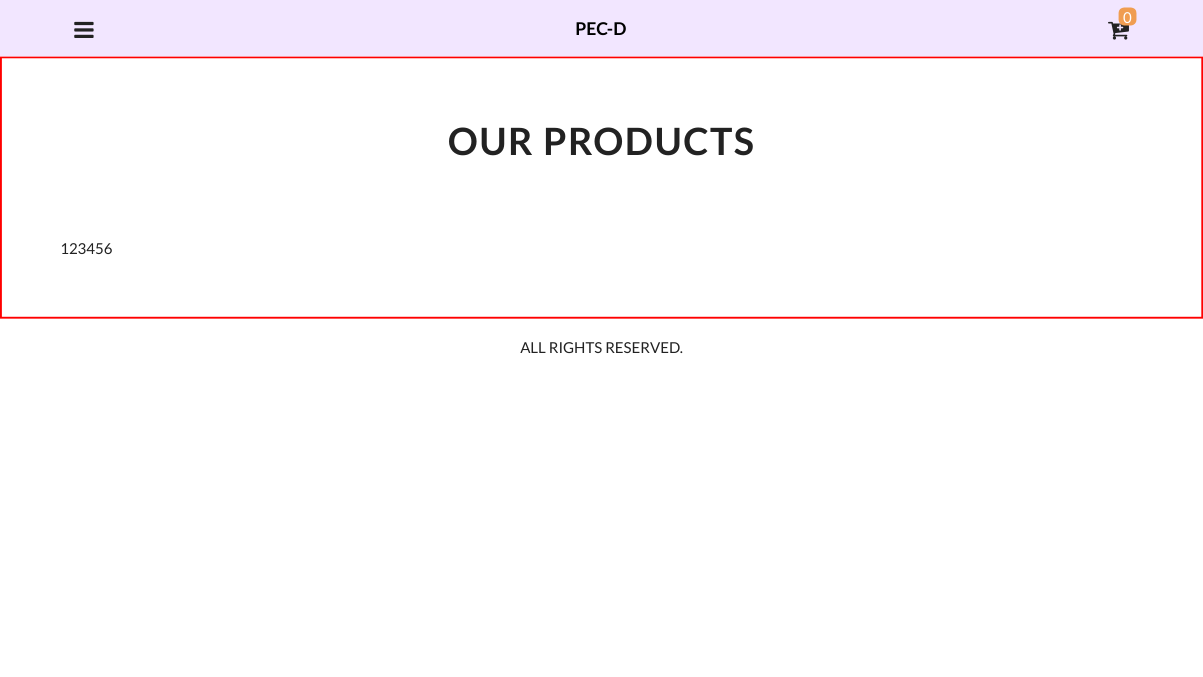
Repository: CHIR4G7/PEC-D
Page: http://localhost/
An editor plug-in stored every save of this project. The page is shown before and after the next save, followed by the edit.
The browser window is 1280 px wide. The pictures show the whole page, at 94% of full size.
The page is served by the project's Node server (app.js).

Above is the page before, as saved 2023-07-08 00:48:37.

### public/index.html
<!DOCTYPE html>
<html lang="en">

<head>
    <meta charset="UTF-8">
    <meta http-equiv="X-UA-Compatible" content="IE=edge">
    <meta name="viewport" content="width=device-width, initial-scale=1.0">
    <title>PEC-D</title>
    <link rel="stylesheet" href="https://cdnjs.cloudflare.com/ajax/libs/font-awesome/4.7.0/css/font-awesome.min.css">
    <link rel="stylesheet" href="css/style.css">
</head>

<body>
    <!-- navabr -->
    <nav class="navbar">
        <div class="navbar-center">
            <span class="nav-icon">
                <i class="fa fa-bars"></i>
            </span>
            <!-- <img src="/images/logo.svg" alt="logo" class="sr"> -->
            <h3 class="logo-name">PEC-D</h3>
            <div class="cart-btn">
                <span class="nav-icon">
                    <i class="fa fa-cart-plus"></i>
                </span>
                <div class="cart-items">0</div>
            </div>
        </div>
    </nav>
    <!-- end of navbar -->

    <!-- hero -->
    <!-- <header class="hero">
        <div class="banner">
            <h1 class="banner-title">FURNITURE COLLECTION</h1>
            <button class="banner-btn">SHOW NOW</button>
        </div>
    </header> -->
    <!-- end of hero -->

    <!-- products -->
    <section class="products">
         <div class="section-title">
            <h2>OUR PRODUCTS</h2>
        </div>
        <div class="products-center">
            <!-- single product -->

            <!-- PRODCUT DETIALS -->
            <article class="product">
                <div class="img-container">
                    <img src="/images/product-1.jpeg" alt="product" class="product-img">
                    <button class="bag-btn" data-id="1">
                        <i class="fa fa-shopping-cart"></i>
                        add to bag.
                    </button>
                </div>
                <h3>add name</h3>

            </article>
            <!-- THIS IS END OF PRODUCT DETIALS -->

            <!-- PRODCUT DETIALS -->
            <!-- <article class="product">
                <div class="img-container">
                    <img src="/images/product-8.jpeg" alt="product" class="product-img">
                    <button class="bag-btn" data-id="1">
                        <i class="fa fa-shopping-cart"></i>
                        add to bag.
                    </button>
                </div>
                <h3>TABLE</h3>
                <h4>$11.99</h4>
            </article> -->
            <!-- THIS IS END OF PRODUCT DETIALS -->

            <!-- PRODCUT DETIALS -->
            <!-- <article class="product">
                <div class="img-container">
                    <img src="/images/product-7.jpeg" alt="product" class="product-img">
                    <button class="bag-btn" data-id="1">
                        <i class="fa fa-shopping-cart"></i>
                        add to bag.
                    </button>
                </div>
                <h3>COUCH</h3>
                <h4>$42.99</h4>
            </article> -->
            <!-- THIS IS END OF PRODUCT DETIALS -->

            <!-- PRODCUT DETIALS -->
            <!-- <article class="product">
                <div class="img-container">
                    <img src="/images/product-2.jpeg" alt="product" class="product-img">
                    <button class="bag-btn" data-id="1">
                        <i class="fa fa-shopping-cart"></i>
                        add to bag.
                    </button>
                </div>
                <h3>KING PANEL BED</h3>
                <h4>$12.99</h4>
            </article> -->
            <!-- THIS IS END OF PRODUCT DETIALS -->

            <!-- PRODCUT DETIALS -->
            <!-- <article class="product">
                <div class="img-container">
                    <img src="/images/product-5.jpeg" alt="product" class="product-img">
                    <button class="bag-btn" data-id="1">
                        <i class="fa fa-shopping-cart"></i>
                        add to bag.
                    </button>
                </div>
                <h3>FRIDGE</h3>
                <h4>$34.99</h4>
            </article> -->
            <!-- THIS IS END OF PRODUCT DETIALS -->

            <!-- PRODCUT DETIALS -->
            <!-- <article class="product">
                <div class="img-container">
                    <img src="/images/product-6.jpeg" alt="product" class="product-img">
                    <button class="bag-btn" data-id="1">
                        <i class="fa fa-shopping-cart"></i>
                        add to bag.
                    </button>
                </div>
                <h3>DRESSER</h3>
                <h4>$22.99</h4>
            </article> -->
            <!-- THIS IS END OF PRODUCT DETIALS -->

            <!-- PRODCUT DETIALS -->
            <!-- <article class="product">
                <div class="img-container">
                    <img src="/images/product-3.jpeg" alt="product" class="product-img">
                    <button class="bag-btn" data-id="1">
                        <i class="fa fa-shopping-cart"></i>
                        add to bag.
                    </button>
                </div>
                <h3>TWIN PANEL BED</h3>
                <h4>$17.99</h4>
            </article> -->
            <!-- THIS IS END OF PRODUCT DETIALS -->

            <!-- PRODCUT DETIALS -->
            <!-- <article class="product">
                <div class="img-container">
                    <img src="/images/product-4.jpeg" alt="product" class="product-img">
                    <button class="bag-btn" data-id="1">
                        <i class="fa fa-shopping-cart"></i>
                        add to bag.
                    </button>
                </div>
                <h3>SINGLE PANEL BED</h3>
                <h4>$23.99</h4>
            </article> -->
            <!-- THIS IS END OF PRODUCT DETIALS -->
        </div>
    </section>
    <!-- end of products -->




    <!-- CART BEGINS -->
    <div class="cart-overlay">
        <div class="cart">
            <span class="close-cart">
                <i class="fa fa-window-close"></i>
            </span>
            <h2>YOUR CART</h2>
            <div class="cart-content">
                <!-- cart item -->
                <div class="cart-item">
                    <!-- <img src="/images/product-1.jpeg" alt="product">
                    <div>
                        <h4>QUEEN BED</h4>
                        <h5>$9.00</h5>
                        <span class="remove-item">Remove</span>
                    </div>
                    <div>
                        <i class="fa fa-chevron-up"></i>
                        <p class="item-amount">0</p>
                        <i class="fa fa-chevron-down"></i>
                    </div> -->
                </div>
                <!-- end of cart item -->

            </div>

            <div class="cart-footer">
                <h3>YOUR TOTAL : $ <span class="cart-total"></span></h3>
                <button class="clear-cart banner-btn">CLEAR CART</button>
            </div>

        </div>
    </div>
    <!-- CART ENDS -->
    <!-- FOOOTER -->
    <div class="footer">
        ALL RIGHTS RESERVED.
    </div>
    <!-- END OF THE FOOTER -->

    <script src="src/script.js"></script>
</body>

</html>

### app.js
import express from "express";
import bodyParser from "body-parser";

const app = express();
const port = 5002;
app.use(express.static("public"))
app.use(bodyParser.urlencoded({extended:true}));
app.set("view engine","ejs");


app.get("/",(request,response)=>
{
    response.sendFile("/Users/chirag/Desktop/PEC D/public/index.html");
})

app.listen(port,()=>
{
    console.log("server working");
})

### public/css/style.css
@import url("https://fonts.googleapis.com/css?family=Lato:400,700");


/* creating variables */
:root {
    --primaryColor: #f09d51;
    --mainWhite: #fff;
    --mainBlack: #222;
    --mainGrey: #ececec;
    --mainSpacing: 0.1rem;
    --mainTransition: all 0.3s linear;
}

/* resetting elements */
* {
    margin: 0;
    padding: 0;
    box-sizing: border-box;
}


body {
    color: var(--mainBlack);
    background: var(--mainWhite);
    font-family: "Lato", sans-serif;
}


/* navbar */
.navbar {
    position: sticky;
    top: 0;
    height: 60px;
    width: 100%;
    display: flex;
    align-items: center;
    background: #f2e6ff;
    z-index: 1;
}

.logo-name
{
    color: black;
}

.navbar-center {
    width: 100%;
    max-width: 1170px;
    margin: 0 auto;
    display: flex;
    align-items: center;
    justify-content: space-between;
    padding: 0 1.5rem;
}

.nav-icon {
    font-size: 1.5rem;
}

.cart-btn {
    position: relative;
    cursor: pointer;
}

.cart-items {
    position: absolute;
    top: -8px;
    right: -8px;
    background: var(--primaryColor);
    padding: 0 5px;
    border-radius: 30%;
    color: var(--mainWhite);
}

/* hero */
.hero {
    min-height: calc(100vh - 60px);
    background: url("./images/bg-3.jpg") center/cover no-repeat;
    display: flex;
    align-items: center;
    justify-content: center;
  }
  .banner {
    text-align: center;
    background: #f2e6ff;
    display: inline-block;
    padding: 2rem;
  }
  .banner-title {
    font-size: 3.4rem;
    text-transform: uppercase;
    letter-spacing: var(--mainSpacing);
    margin-bottom: 3rem;
  }
  .banner-btn {
    padding: 1rem 3rem;
    text-transform: uppercase;
    letter-spacing: var(--mainSpacing);
    font-size: 1rem;
    background: #9999FF;
    color: var(--mainBlack);
    border: 1px solid var(--primaryColor);
    transition: var(--mainTransition);
    cursor: pointer;
  }
  .banner-btn:hover {
    background: transparent;
    color: var(--primaryColor);
  }


  /* products */
  .products {
    padding: 4rem 0;
    border: 2px solid red;
  }
  .section-title h2 {
    text-align: center;
    font-size: 2.5rem;
    margin-bottom: 5rem;
    text-transform: capitalize;
    letter-spacing: var(--mainSpacing);
  }
  .products-center {
    width: 90vw;
    margin: 0 auto;
    max-width: 1170px;
    display: grid;
    grid-template-columns: repeat(auto-fit, minmax(260px, 1fr));
    grid-column-gap: 1.5rem;
    grid-row-gap: 2rem;
  }
  .img-container {
    position: relative;
    overflow: hidden;
  }
  .bag-btn {
    position: absolute;
    top: 70%;
    right: 0;
    background: var(--primaryColor);
    border: none;
    text-transform: uppercase;
    padding: 0.5rem 0.75rem;
    letter-spacing: var(--mainSpacing);
    font-weight: bold;
    transition: var(--mainTransition);
    transform: translateX(101%);
    cursor: pointer;
  }
  .bag-btn:hover {
    color: var(--mainWhite);
  }
  .fa-shopping-cart {
    margin-right: 0.5rem;
  }
  .img-container:hover .bag-btn {
    transform: translateX(0);
  }
  .product-img {
    display: block;
    width: 100%;
    min-height: 12rem;
    transition: var(--mainTransition);
  }
  .img-container:hover .product-img {
    opacity: 0.5;
  }

  .product
  {
    border: 2px solid blue;
  }

  .product h3 {
    text-transform: capitalize;
    font-size: 1.1rem;
    margin-top: 1rem;
    letter-spacing: var(--mainSpacing);
    text-align: center;
  }

  .product h4 {
    margin-top: 0.7rem;
    letter-spacing: var(--mainSpacing);
    color: var(--primaryColor);
    text-align: center;
  }


  /* cart */
  .cart-overlay {
    position: fixed;
    top: 0;
    right: 0;
    width: 100%;
    height: 100%;
    transition: var(--mainTransition);
    background: rgb(240, 157, 81, 0.5);
    z-index: 2;
    visibility: hidden;
  }
  .cart {
    position: fixed;
    top: 0;
    right: 0;
    width: 100%;
    height: 100%;
    overflow: scroll;
    z-index: 3;
    background: rgb(231, 226, 221);
    padding: 1.5rem;
    transition: var(--mainTransition);
    transform: translateX(100%);
  }
  .showCart {
    transform: translateX(0);
  }
  .transparentBcg {
    visibility: visible;
  }
  @media screen and (min-width: 768px) {
    .cart {
      width: 30vw;
      min-width: 450px;
    }
  }

  .close-cart {
    font-size: 1.7rem;
    cursor: pointer;
  }
  .cart h2 {
    text-transform: capitalize;
    text-align: center;
    letter-spacing: var(--mainSpacing);
    margin-bottom: 2rem;
  }
  /*---------- Cart Item -------------------- */
  .cart-item {
    display: grid;
    align-items: center;
    grid-template-columns: auto 1fr auto;
    grid-column-gap: 1.5rem;
    margin: 1.5rem 0;
  }
  .cart-item img {
    width: 75px;
    height: 75px;
  }
  .cart-item h4 {
    font-size: 0.85rem;
    text-transform: capitalize;
    letter-spacing: var(--mainSpacing);
  }
  .cart-item h5 {
    margin: 0.5rem 0;
    letter-spacing: var(--mainSpacing);
  }
  .item-amount {
    text-align: center;
  }
  .remove-item {
    color: black;
    cursor: pointer;
  }
  .fa-chevron-up,
  .fa-chevron-down {
    color: var(--primaryColor);
    cursor: pointer;
  }
  /*---------- End of Cart Item -------------------- */

  .cart-footer {
    margin-top: 2rem;
    letter-spacing: var(--mainSpacing);
    text-align: center;
  }
  .cart-footer h3 {
    text-transform: capitalize;
    margin-bottom: 1rem;
  }


  /* FOOTER */
  .footer
  {
    position: relative;
    text-align: center;
    top: 20px;
  }

### public/src/script.js


const productsDOM = document.querySelector('.products-center');

let shoparray = [];//ISME SAAARI KI SAARI DETAILS PADI HAIN PRODUCT K

class Shops{

    async getProducts() {
        try {
            let result = await fetch('./shops.json');
            let data = await result.json();

            //destructuring
            const shopsArray = data.shops.map(shop => ({ id: shop.id, name: shop.sname, image: shop.image}));

            return shopsArray;
        }
        catch (error) {
            console.log("r");
        }
    }

};

class display
{
    displayShops(shops)
    {
        let result = '';
       shops.forEach((shop)=>
       {
        console.log(shop.id);
        result+=`${shop.id}`;
       })
    productsDOM.innerHTML = result;
    }
};





//displaying the products

function displayProducts(shoparray)
{
    let result = '';
    shoparray.forEach(product => {
        // result += `      <article class="product">
        // <div class="img-container">
        //     <img src="/images/product-1.jpeg" alt="product" class="product-img">
        //     <button class="bag-btn" data-id=${product.id}>
        //         <i class="fa fa-shopping-cart"></i>
        //         add to bag.
        //     </button>
        // </div>
        // <h3>${product.name}</h3>`;
        console.log(product);
    })
    productsDOM.innerHTML = result;
}


    // console.log(shoparray);

    // till here
    document.addEventListener("DOMContentLoaded", () => {
        //when dom loads get the product info stored in an array SHOPSARRAY
        // (async function () {
        //     try {
        //         const shopsarray = await getProducts();
        //         shopsarray.forEach((e) => {
        //             shoparray.push(e);
        //         })
        //     }
        //     catch (error) {
        //         console.log(error);
        //     }
        // })();
        // console.log(shoparray);
        // displayProducts(shoparray);
        const shops = new Shops();
        const displaying = new display();

        shops.getProducts().then(products=>
            {
                displaying.displayShops(products);
            })

    })

### public/shops.json
{
    "shops" :
    [
        {
            "id" : 1,
            "sname" : "DeshRaj Sweets",
            "image" : "public/images/product-1.jpeg"
        },
        {
            "id" : 2,
            "sname" : "Anna",
            "image" : "public/images/product-1.jpeg"
        },
        {
            "id" : 3,
            "sname" : "Combo",
            "image" : "public/images/product-1.jpeg"
        },
        {
            "id" : 4,
            "sname" : "Forks and Knives",
            "image" : "public/images/product-1.jpeg"
        },
        {
            "id" : 5,
            "sname" : "Pandit",
            "image" : "public/images/product-1.jpeg"
        },
        {
            "id" : 6,
            "sname" : "Yankess",
            "image" : "public/images/product-1.jpeg"
        }
    ]
}

After the next save:
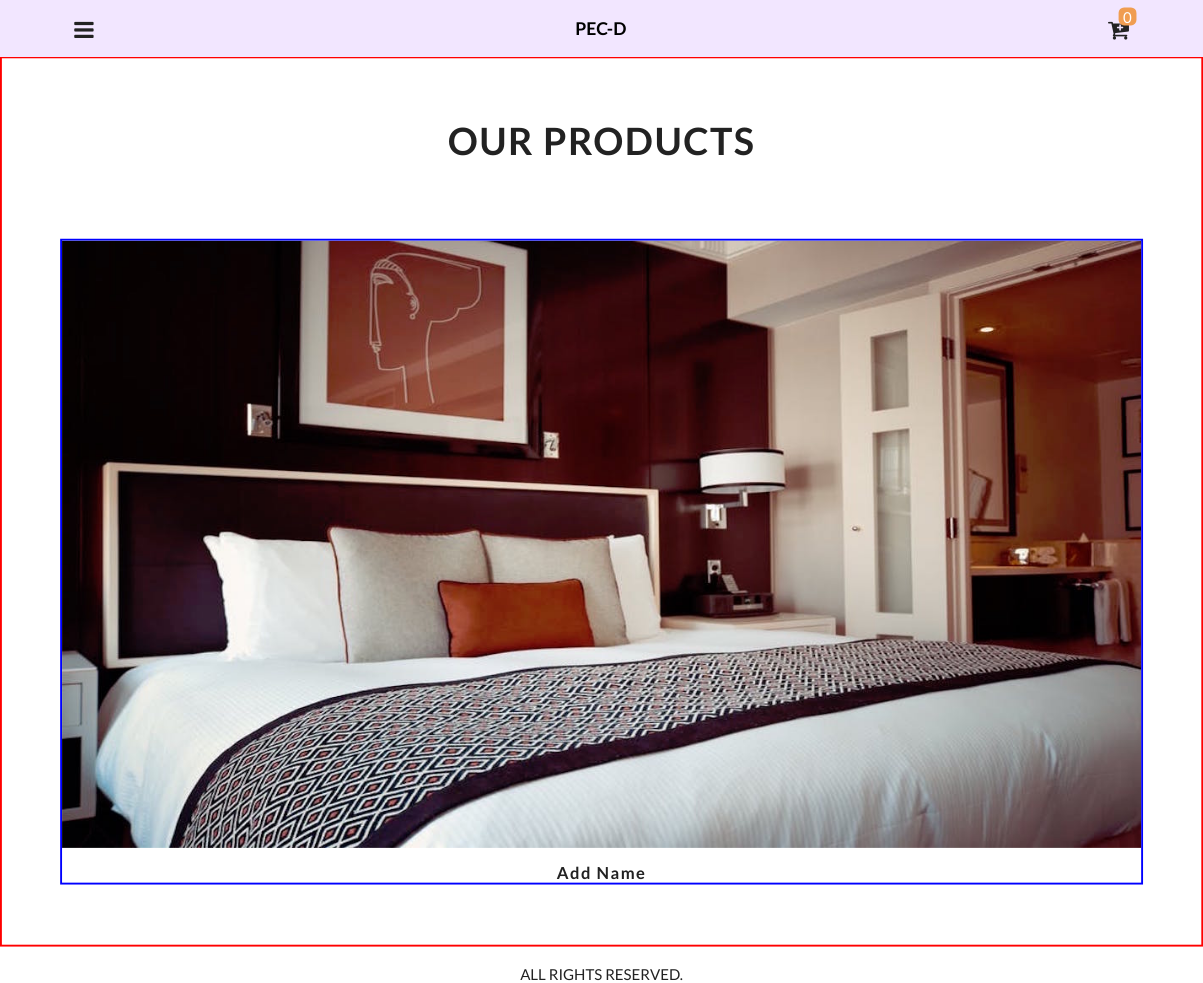
Console error: TypeError: displaying.displayShops is not a function
Saved 11 s later.
--- a/public/src/script.js
+++ b/public/src/script.js
@@ -25,16 +25,16 @@
 
 class display
 {
-    displayShops(shops)
-    {
-        let result = '';
-       shops.forEach((shop)=>
-       {
-        console.log(shop.id);
-        result+=`${shop.id}`;
-       })
-    productsDOM.innerHTML = result;
-    }
+    // displayShops(shops)
+    // {
+    //     let result = '';
+    //    shops.forEach((shop)=>
+    //    {
+    //     console.log(shop.id);
+    //     result+=`${shop.id}`;
+    //    })
+    // productsDOM.innerHTML = result;
+    // }
 };
 
 

After the save that followed:
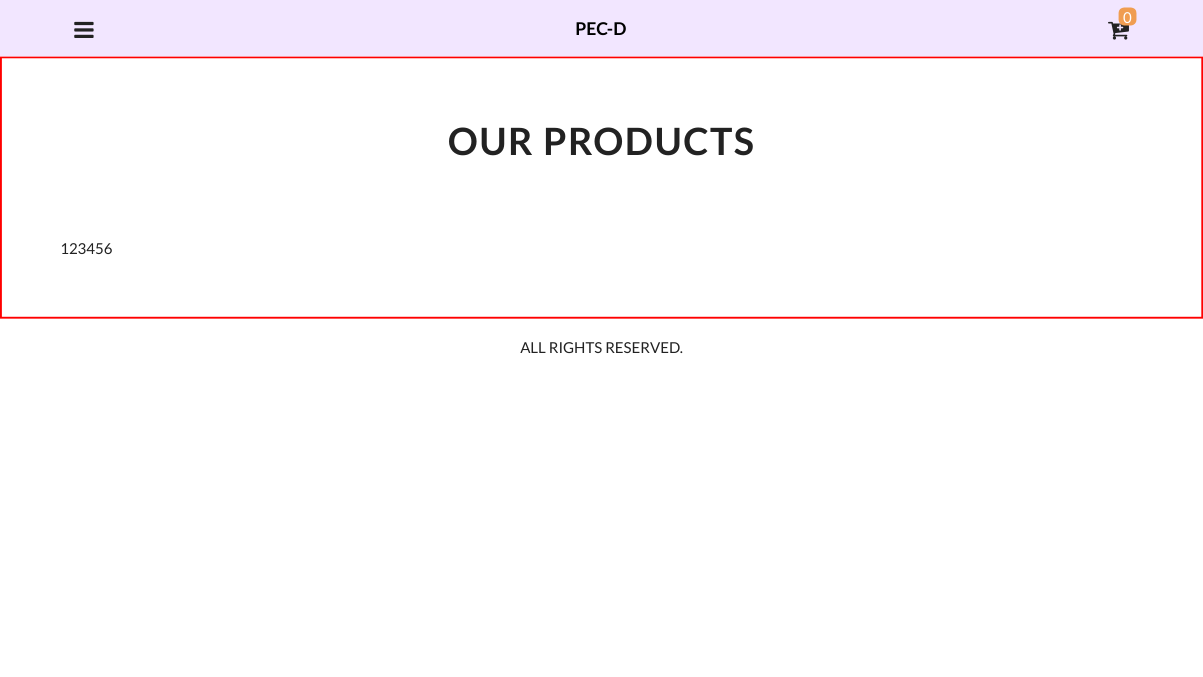
The error is gone.
Saved 17 s later.
--- a/public/src/script.js
+++ b/public/src/script.js
@@ -25,16 +25,16 @@
 
 class display
 {
-    // displayShops(shops)
-    // {
-    //     let result = '';
-    //    shops.forEach((shop)=>
-    //    {
-    //     console.log(shop.id);
-    //     result+=`${shop.id}`;
-    //    })
-    // productsDOM.innerHTML = result;
-    // }
+    displayShops(shops)
+    {
+        let result = '';
+       shops.forEach((shop)=>
+       {
+        console.log(shop.id);
+        result+=`${shop.id}`;
+       })
+    productsDOM.innerHTML = result;
+    }
 };
 
 
